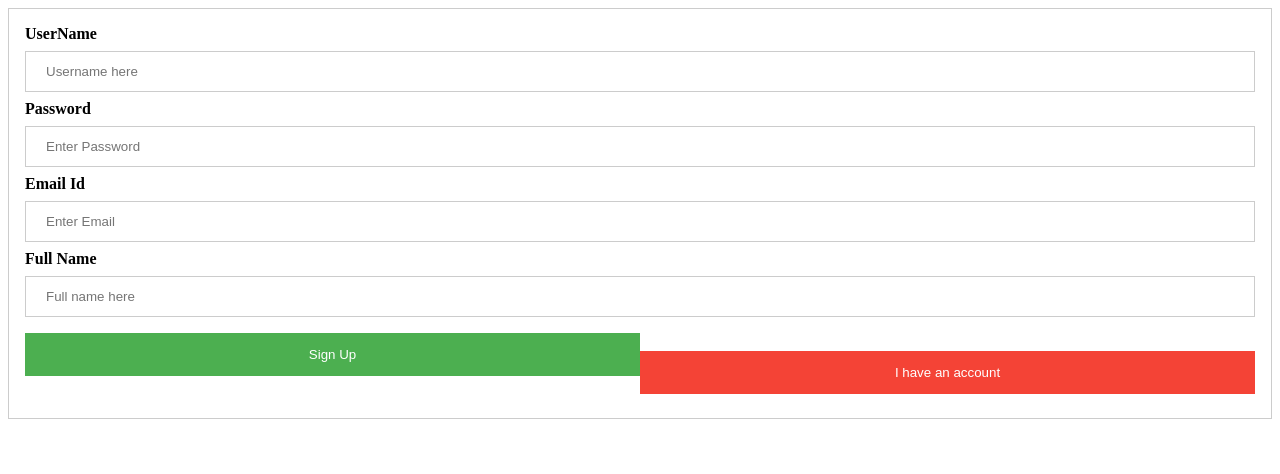
Repository: hamshini/demopro
Page: wippro/Application/WebContent/signup.html
An editor plug-in stored every save of this project. The page is shown before and after the next save, followed by the edit.
The browser window is 1280 px wide. The pictures show the whole page.

Above is the page before, as saved 2018-01-06 05:50:25.

After the next save:
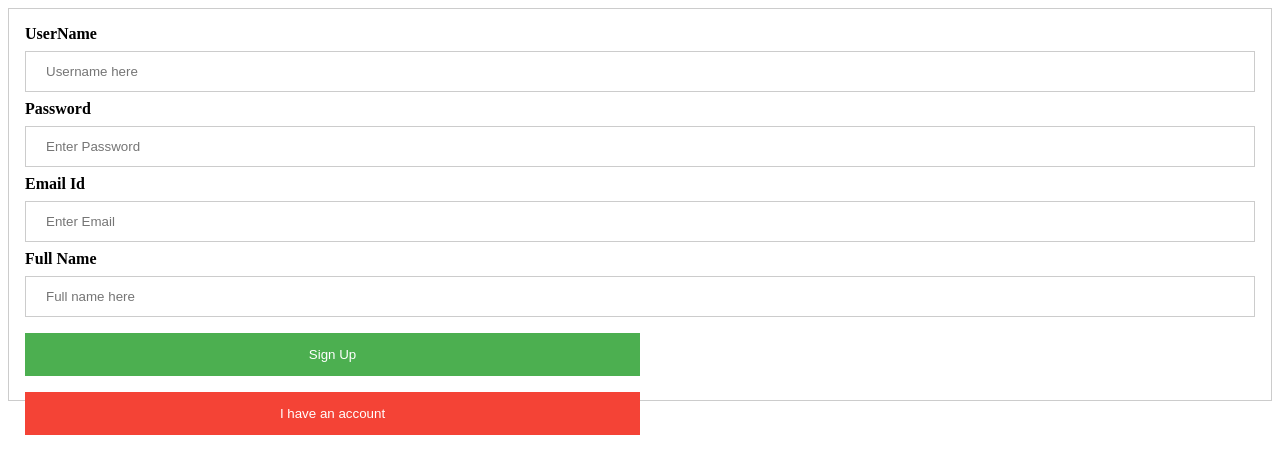
Saved 28 s later.
--- a/wippro/Application/WebContent/signup.html
+++ b/wippro/Application/WebContent/signup.html
@@ -78,7 +78,8 @@ button {
 
     <div class="clearfix">
       <button type="submit" class="signupbtn">Sign Up</button>
-      <br>
+      </div>
+      <div>
       <button type="button" class="cancelbtn">I have an account</button>
     </div>
   </div>
